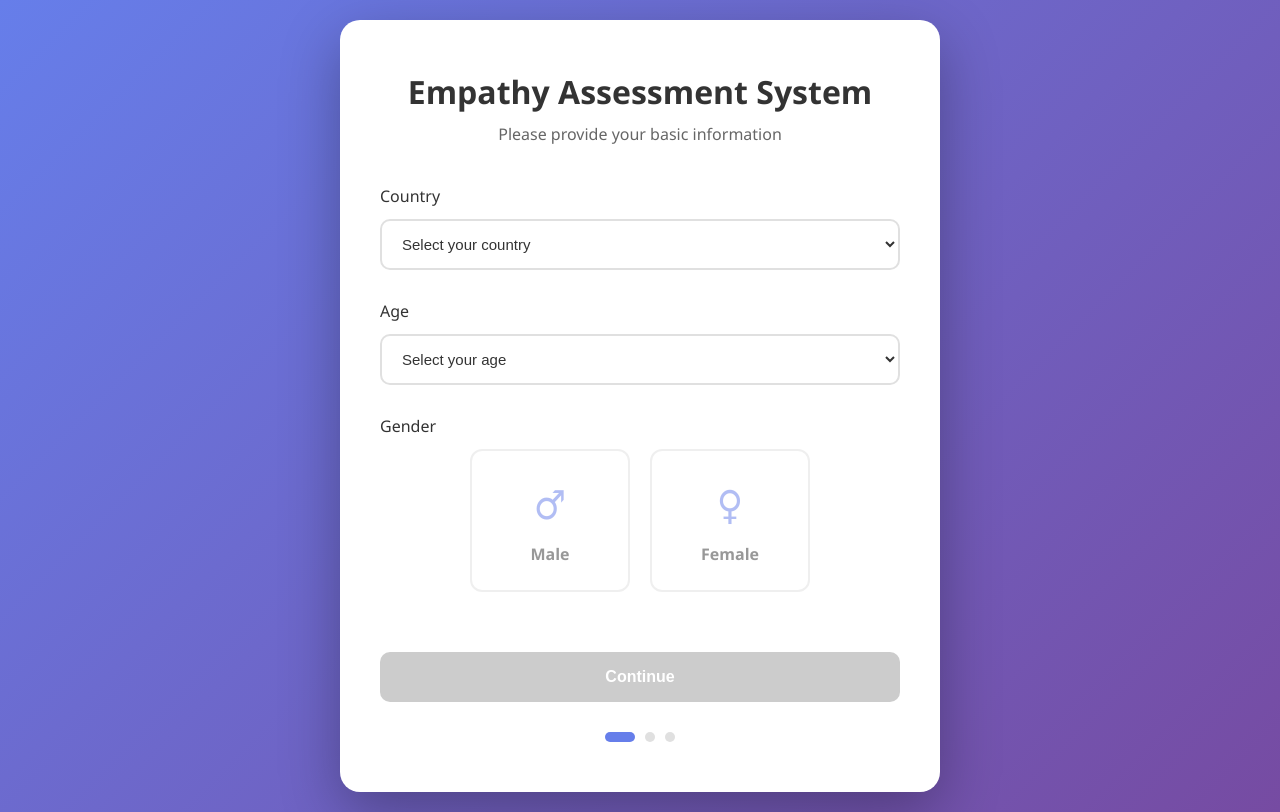
Repository: Matsuyou-Wang/MPES-system
Page: user-info.html
The author's editor kept a copy of each file at every save. The page is drawn from the files as they stood at one save, then again after the next save.
The browser window is 1280 px wide. The pictures show the whole page.

Above is the page before, as saved 2025-11-25 13:24:43.

After the next save:
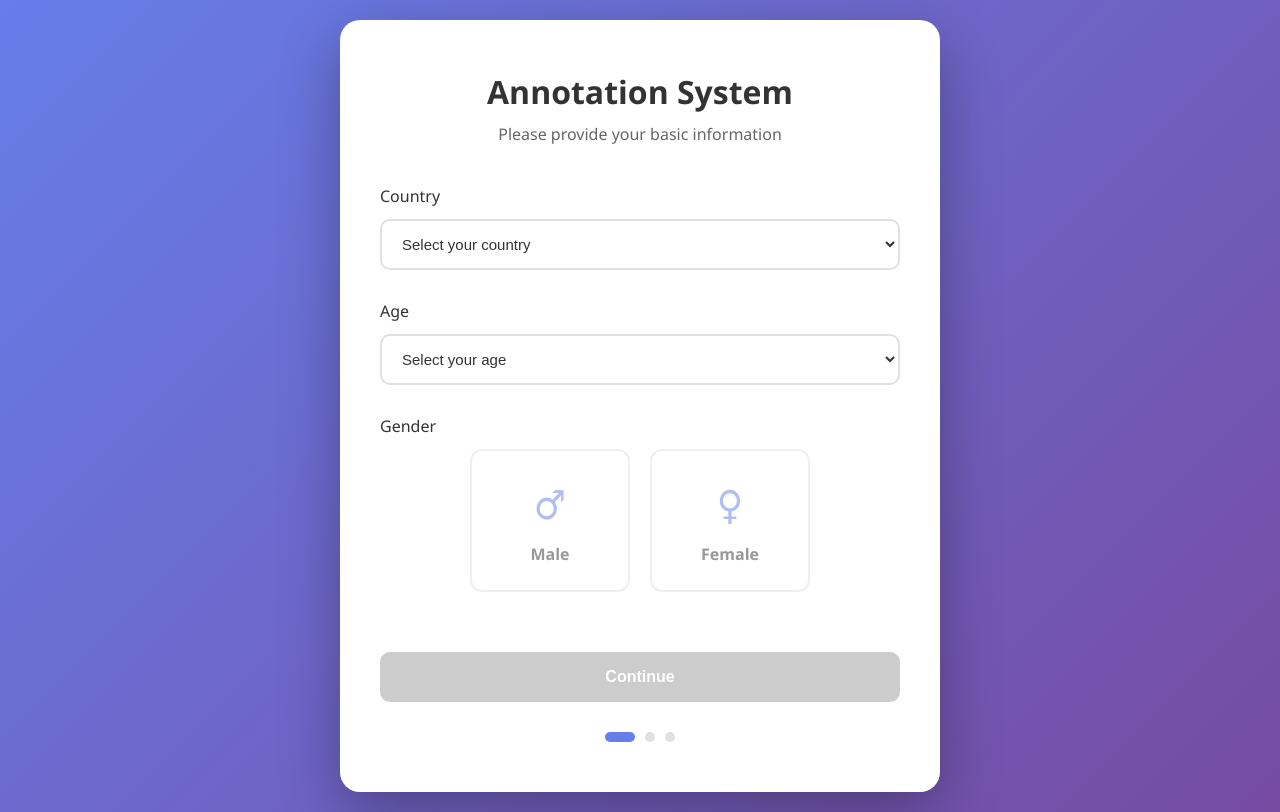
Saved 28 s later.
--- a/user-info.html
+++ b/user-info.html
@@ -3,7 +3,7 @@
 <head>
     <meta charset="UTF-8">
     <meta name="viewport" content="width=device-width, initial-scale=1.0">
-    <title>Empathy Assessment System</title>
+    <title>Annotation System</title>
     <style>
         * {
             margin: 0;
@@ -193,7 +193,7 @@
 <body>
     <div class="container">
         <div class="header">
-            <h1>Empathy Assessment System</h1>
+            <h1>Annotation System</h1>
             <p>Please provide your basic information</p>
         </div>
 
